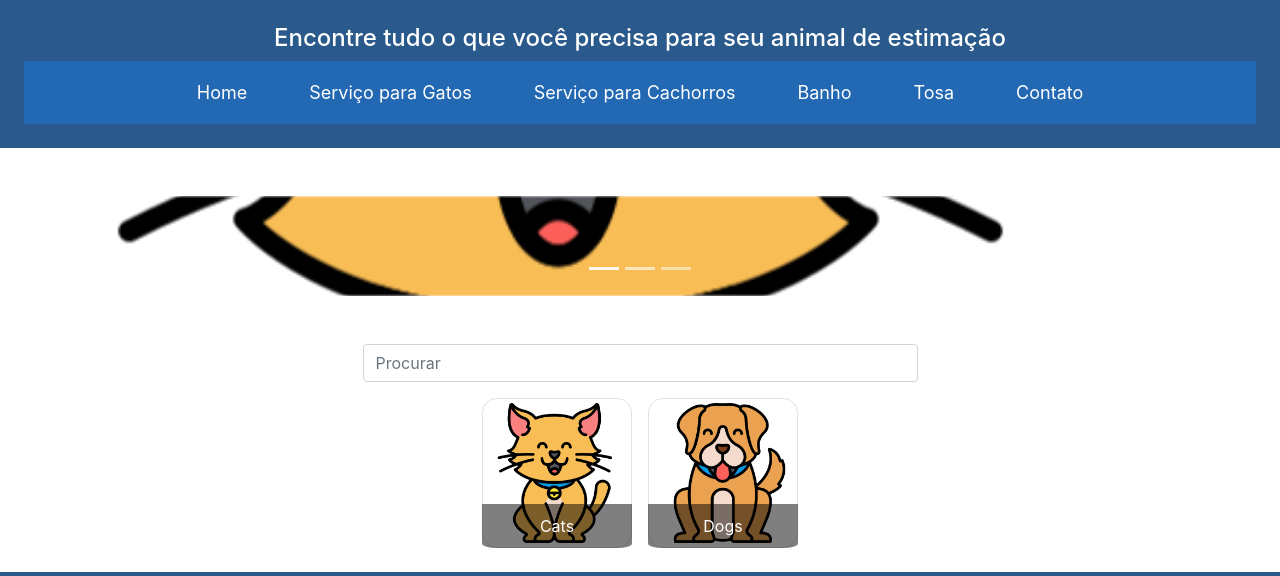
Repository: graeff01/petshop-project
Page: index.html
An editor plug-in stored every save of this project. The page is shown before and after the next save, followed by the edit.
The browser window is 1280 px wide. The pictures show the part of the page from y = 0 to 576 px (the page is 1756 px tall before and 1956 px after).
A picture or video elsewhere on the page could not be fetched, so the positions and the page height are approximate.

Above is the page before, as saved 2024-09-18 11:08:32.

After the next save:
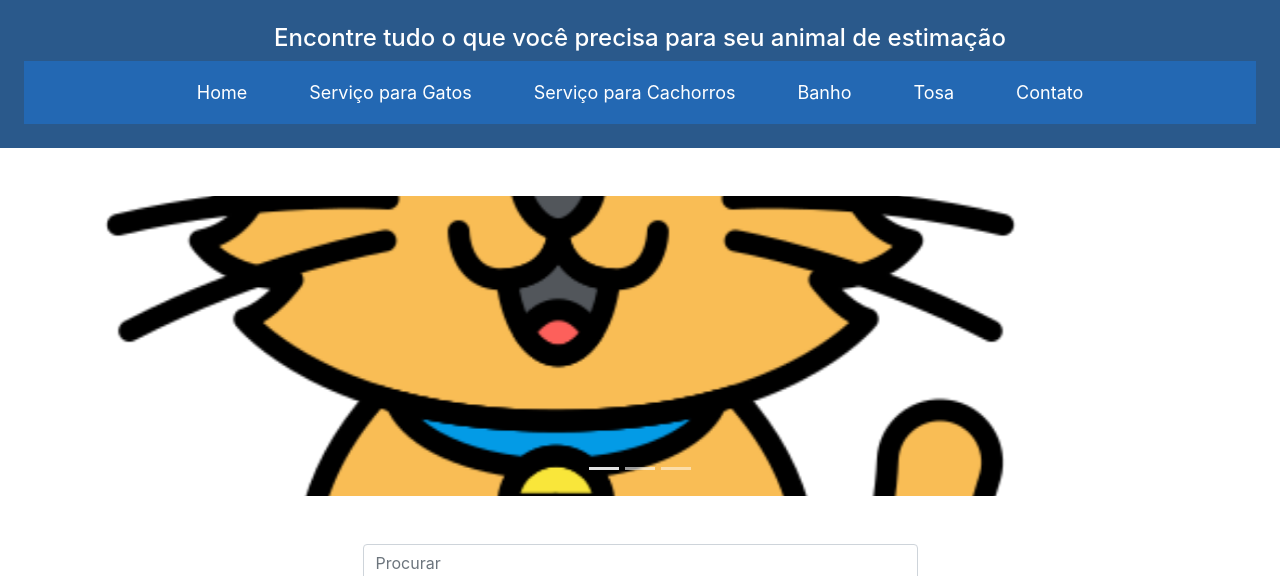
Saved 7 s later.
--- a/css/style.css
+++ b/css/style.css
@@ -62,7 +62,7 @@ nav ul li a:hover {
 
 /* Carrossel */
 .carousel-item img {
-    max-height: 100px;
+    max-height: 300px;
     min-width: 100px;
     object-fit: cover;
 }
